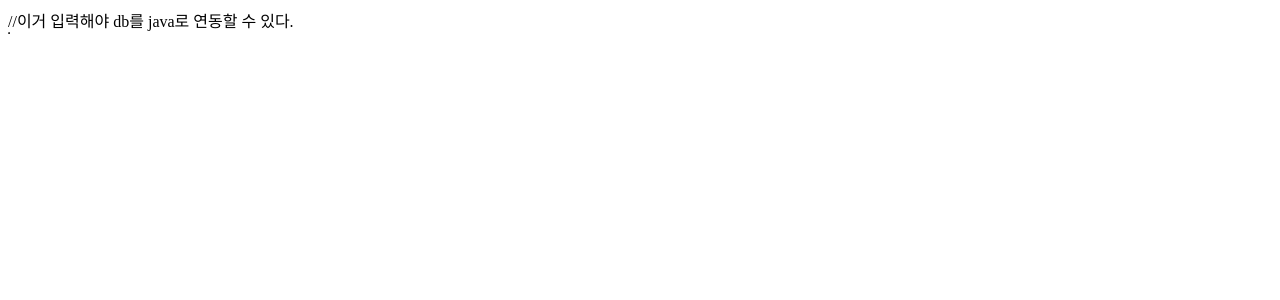
Repository: SuYOUNGgg/JavaStudy
Page: http://localhost/TestWeb13/list.jsp
The author's editor kept a copy of each file at every save. The page is drawn from the files as they stood at one save, then again after the next save.
The browser window is 1280 px wide. The pictures show the whole page.
The page is served by Tomcat 9. Queries for data that is not in the repository find no rows.

Above is the page before, as saved 2020-05-19 06:19:40.

After the next save:
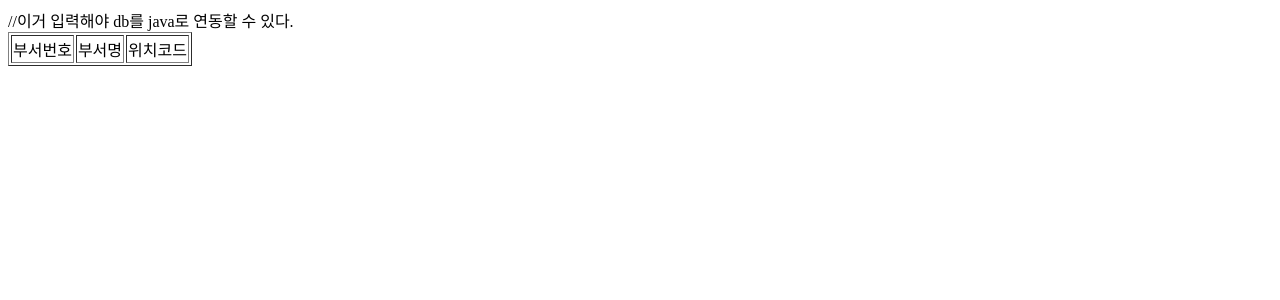
Saved 2 min 15 s later.
--- a/JavaProgramming/~0520/TestWeb13/WebContent/list.jsp
+++ b/JavaProgramming/~0520/TestWeb13/WebContent/list.jsp
@@ -18,13 +18,16 @@
 </head>
 <body>
 	<table border="1">
+	<tr>
+		<td>부서번호</td><td>부서명</td><td>위치코드</td>
+	</tr>
 	<%
 	while(rs.next()) {
 
 	%>
 		<tr>
 			<td><%=rs.getInt("DEPT_ID") %></td>
-			<td><%=rs.getInt("DEPT_NAME") %></td>
+			<td><%=rs.getString("DEPT_NAME") %></td>
 			<td><%=rs.getInt("LOC_ID") %></td>
 		</tr>
 	<% } %>
